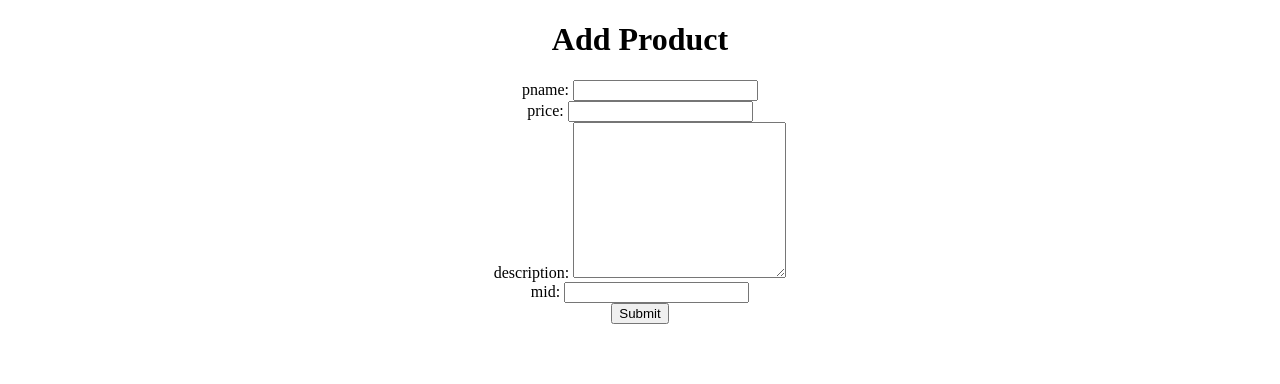
Repository: HariharanMiracle/CodeComplexity
Page: http://localhost/PAF/addProduct.jsp
The author's editor kept a copy of each file at every save. The page is drawn from the files as they stood at one save, then again after the next save.
The browser window is 1280 px wide. The pictures show the whole page.
The page is served by Tomcat 9.

Above is the page before, as saved 2019-05-04 15:21:49.

After the next save:
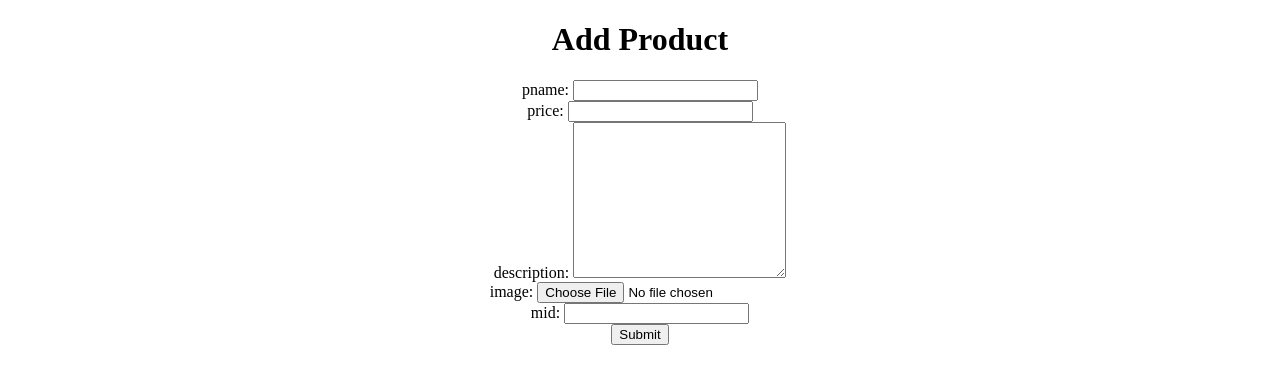
Saved 21 min 50 s later.
--- a/PAF/WebContent/addProduct.jsp
+++ b/PAF/WebContent/addProduct.jsp
@@ -13,7 +13,7 @@
 					<label>price:</label> <input type="text" name="price" required/><br/>
 					<label>description:</label>
 					<textarea rows="10" cols="24" name = "description"></textarea><br/>
-					<!--<label>image:</label> <input type="file" name="image" enctype="multipart/form-data" required/><br/>-->
+					<label>image:</label> <input type="file" name="image" enctype="multipart/form-data" required/><br/>
 					<label>mid:</label> <input type="text" name="mid" required/><br/>
 					<input type="submit" value="Submit"/>
 				</form>
